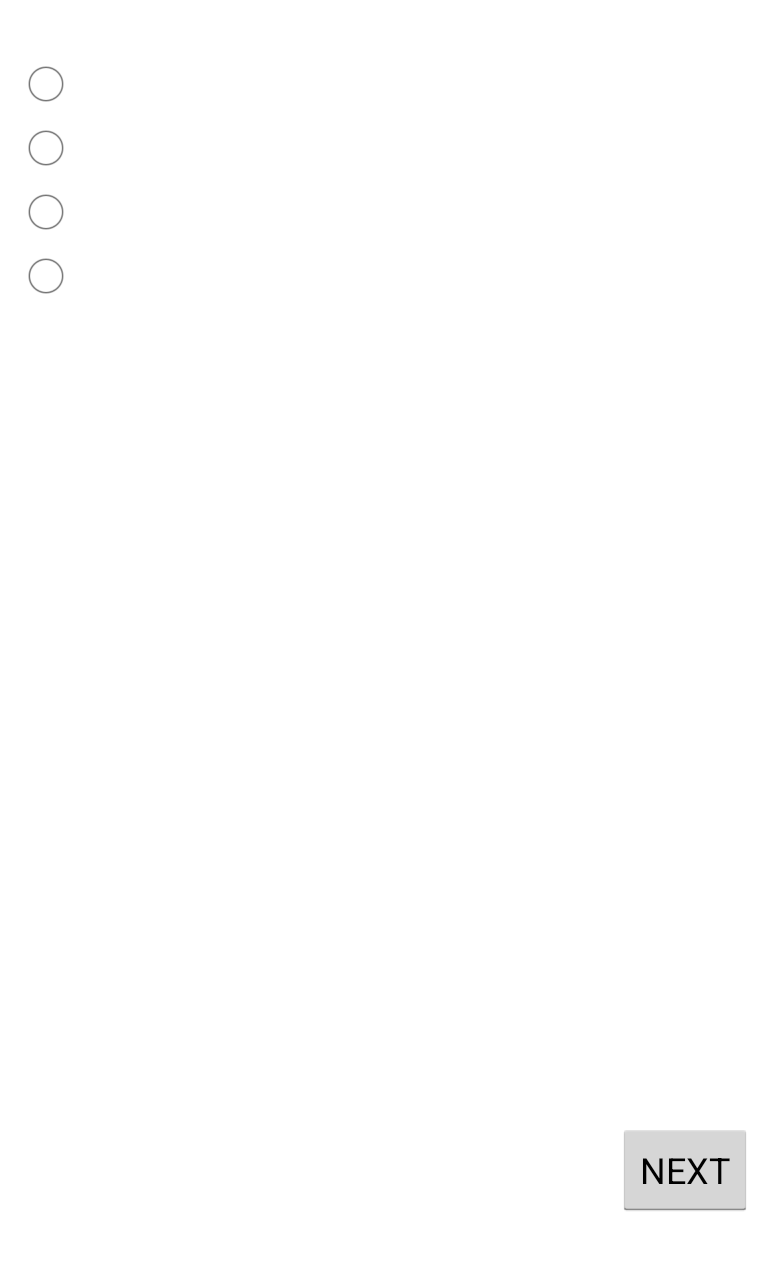
Repository: Harshil737/Career-Launcher
Layout: CareerLauncher/res/layout/fragment_test_page.xml
An editor plug-in stored every save of this project. The layout is shown before and after the next save, followed by the edit.
It is drawn on a 768 x 1280 px phone screen (xhdpi) without system bars, with theme AppTheme; the app's code is not run.

Above is the layout before, as saved 2017-11-03 15:30:15.

After the next save:
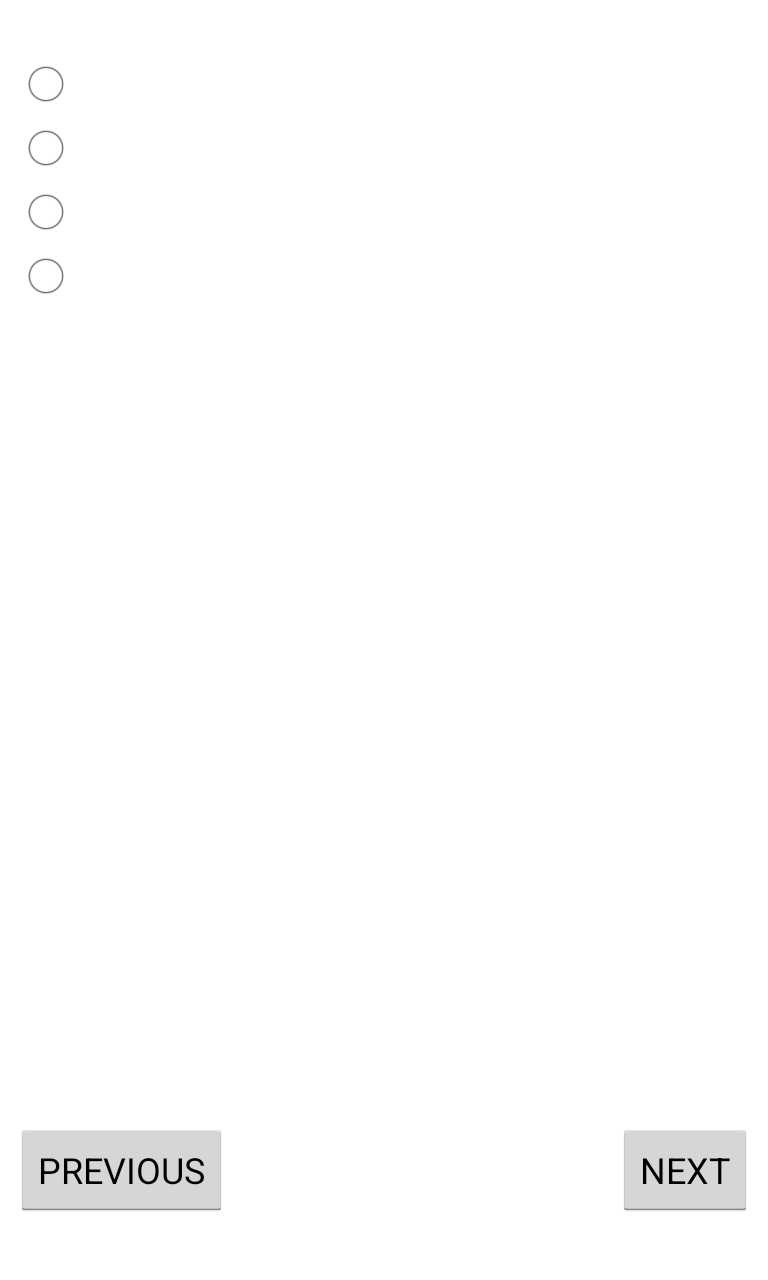
Saved 3 min 10 s later.
--- a/CareerLauncher/res/layout/fragment_test_page.xml
+++ b/CareerLauncher/res/layout/fragment_test_page.xml
@@ -45,6 +45,15 @@
         android:layout_width="wrap_content"
         android:layout_height="wrap_content"
         android:layout_alignParentBottom="true"
+        android:layout_alignParentLeft="true"
+        android:layout_marginBottom="24dp"
+        android:text="PREVIOUS" />
+
+    <Button
+        android:id="@+id/test_page_btn_next"
+        android:layout_width="wrap_content"
+        android:layout_height="wrap_content"
+        android:layout_alignParentBottom="true"
         android:layout_alignParentRight="true"
         android:layout_marginBottom="24dp"
         android:text="NEXT" />
